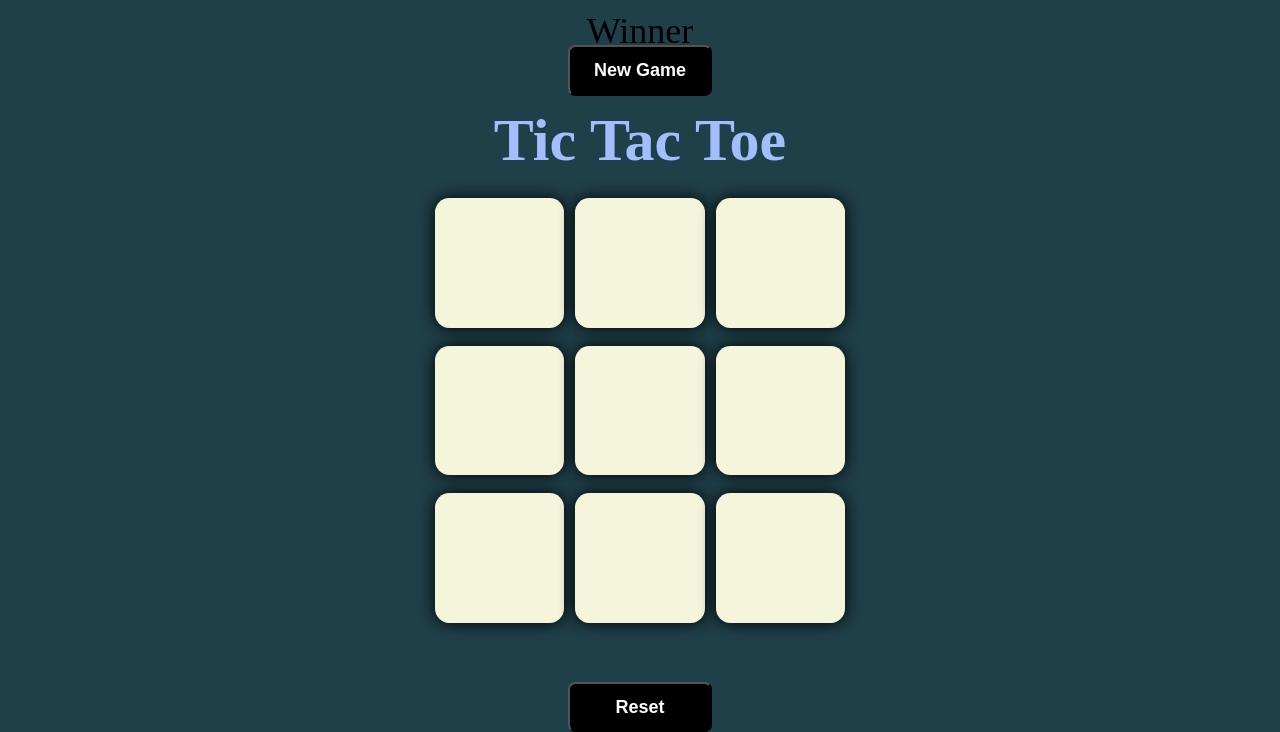
Repository: AreezAnsari/Tic-Tac-Toe
Page: Game/Game.html
The author's editor kept a copy of each file at every save. The page is drawn from the files as they stood at one save, then again after the next save.
The browser window is 1280 px wide. The pictures show the whole page.

Above is the page before, as saved 2025-06-01 15:31:30.
Console error: TypeError: box.addEventListener is not a function

### Game/Game.html
<!DOCTYPE html>
<html lang="en">
<head>
    <meta charset="UTF-8">
    <meta name="viewport" content="width=device-width, initial-scale=1.0">
    <title>Document</title>
    <link rel="stylesheet" href="Game.css">
</head>
<body>
    <div class="msg-container">
        <p class="msg">Winner</p>
        <button class="new-btn">New Game</button>
    </div>
    <main>
        <h1>Tic Tac Toe</h1>
    <div class="container">
        <div class="game">
        <button class="box"></button>
        <button class="box"></button>
        <button class="box"></button>
        <button class="box"></button>
        <button class="box"></button>
        <button class="box"></button>
        <button class="box"></button>
        <button class="box"></button>
        <button class="box"></button>
        </div>
        </div>
        <button class="reset-btn">Reset</button>
    </main>
    <script src="Game.js"></script>
</body>
</html>

### Game/Game.css
*{
    margin: 0;
    padding: 0;
}

body{
    text-align: center;
    background-color: #1F3F49;
}
h1{
    color: #A4BDFC;
    margin-top: 10px;
    padding-bottom: 20px;
    font-size: 60px;
}
.container{
    text-align: center;
    height: 70vh;
    display: flex;
    justify-content: center;
}
.game
{
    height: 60vmin;
    width: 60vmin;
    gap: 1.5vmin;
    display: flex;
    flex-wrap: wrap;
    align-items: center;
    justify-content: center;
}
.box{
    color: black;
    background-color: beige;
    height: 18vmin;
    width: 18vmin;
    font-weight: bolder;
    font-size: xxx-large;
    border: none;
    border-radius: 2vmin;
    box-shadow: 0 0 1rem rgb(0, 0, 1);
}
.box:hover {
  color: #ff0000;
  transform: translateY(-2px);
}
.box:active {
transform: scale(0.98);
}
.reset-btn{
    margin-top: -10vmin;
    align-items: center;
    padding: 1vmin;
    font-size: 2.5vmin;
    font-weight: bold;
    background-color: black;
    color: white;
    border-radius: 1vmin;
    width: 20vmin;
    height: 7vmin;
}
.reset-btn:hover {
  color: red;
  transform: translateY(-2px);
}
.reset-btn:active {
transform: scale(0.98);
}

.new-btn{
    margin-top: -10vmin;
    align-items: center;
    padding: 1vmin;
    font-size: 2.5vmin;
    font-weight: bold;
    background-color: black;
    color: white;
    border-radius: 1vmin;
    width: 20vmin;
    height: 7vmin;
}
.new-btn:hover {
  color: red;
  transform: translateY(-2px);
}
.new-btn:active {
transform: scale(0.98);
}

.msg{
    padding: 10px;
    font-size: 5vmin;
}

### Game/Game.js
let box = document.querySelectorAll(".box");
let button = document.querySelector("button");
let container = document.querySelector(".container");

let value = "X";

const btn = () => {
  if (value === "X") {
    button.innerHTML = "Y";
    Value = "Y";
  } else {
    button.innerText = "X";
    Value = "X";
  }
};

box.addEventListener("click", btn);

After the next save:
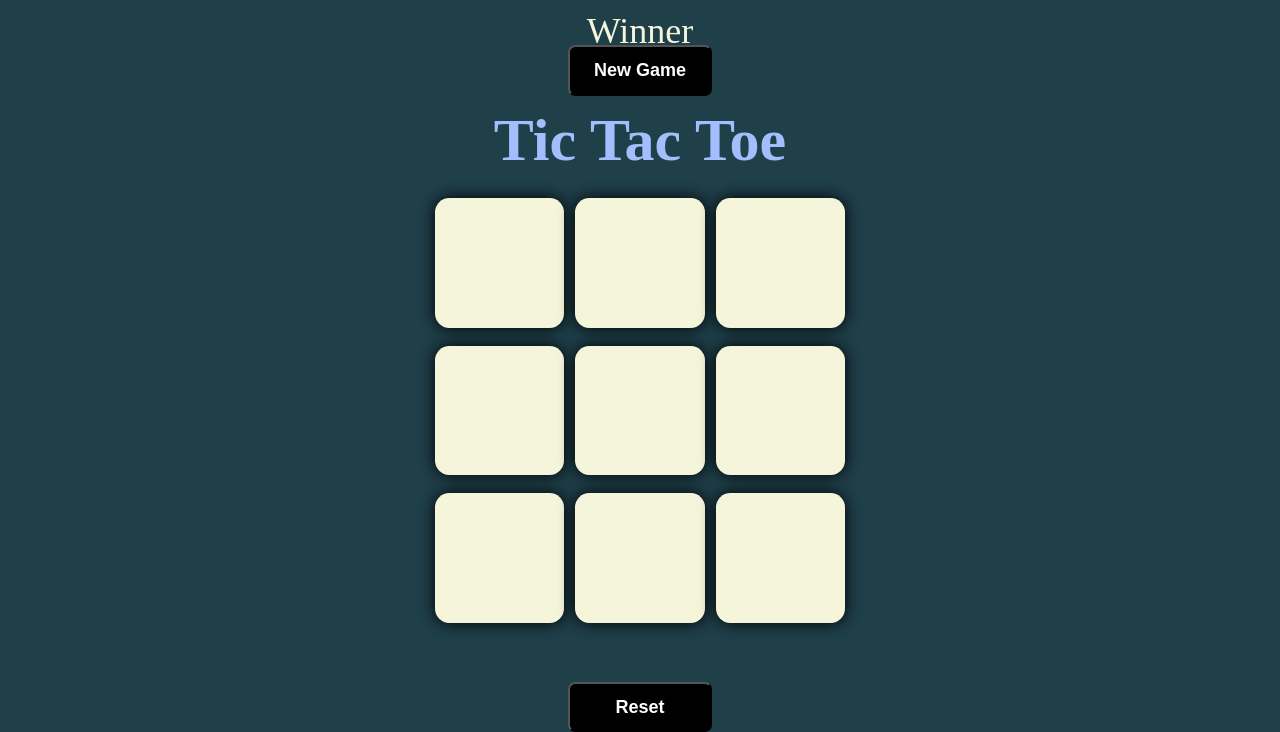
Saved 19 s later.
--- a/Game/Game.css
+++ b/Game/Game.css
@@ -90,4 +90,5 @@
 .msg{
     padding: 10px;
     font-size: 5vmin;
+    color: beige;
 }
